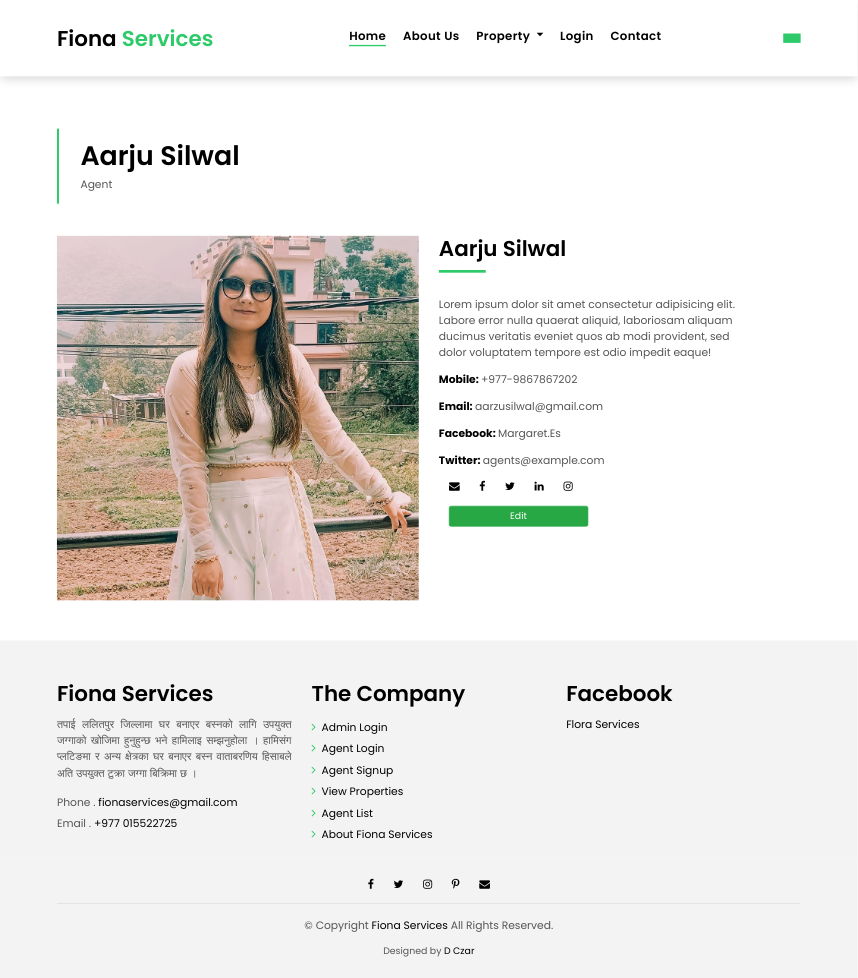
Repository: Sjuicyy/realstate
Page: profile.html
The author's editor kept a copy of each file at every save. The page is drawn from the files as they stood at one save, then again after the next save.
The browser window is 1280 px wide. The pictures show the whole page, at 67% of full size.

Above is the page before, as saved 2022-10-16 14:50:41.

After the next save:
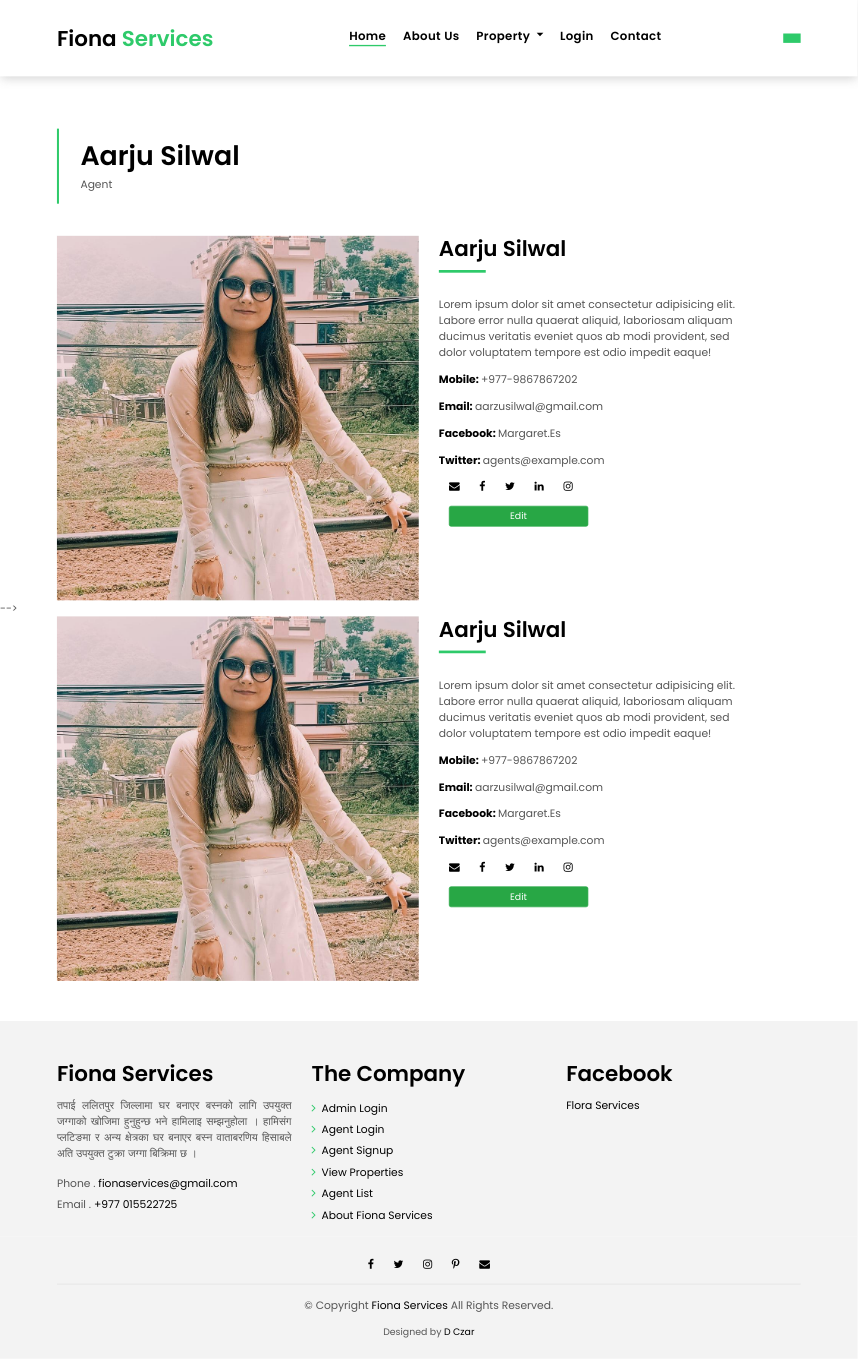
Saved 8 s later.
--- a/profile.html
+++ b/profile.html
@@ -100,7 +100,7 @@
     </section><!-- End Intro Single -->
 
     <!-- ======= Agent Single ======= -->
-    <!-- <section class="agent-single">
+    <!-- <!-- <section class="agent-single"> -->
         <div class="container">
             <div class="row">
                 <div class="col-sm-12">

After the save that followed:
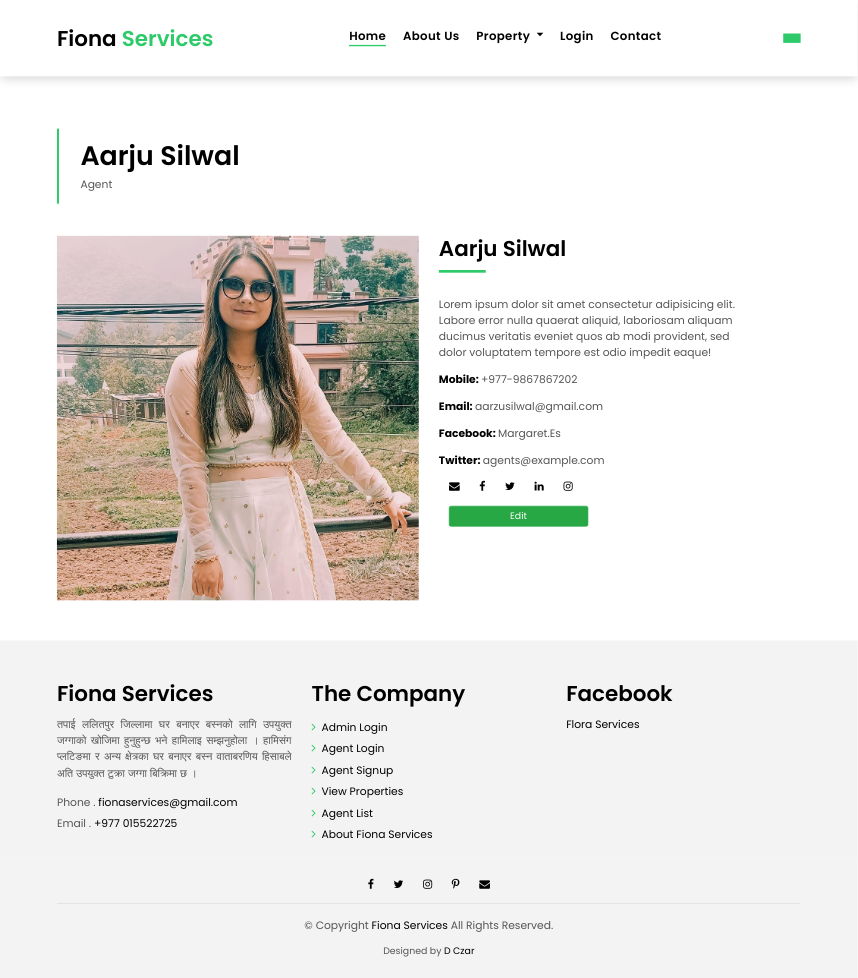
Saved 4 s later.
--- a/profile.html
+++ b/profile.html
@@ -100,7 +100,7 @@
     </section><!-- End Intro Single -->
 
     <!-- ======= Agent Single ======= -->
-    <!-- <!-- <section class="agent-single"> -->
+    <!-- <section class="agent-single">
         <div class="container">
             <div class="row">
                 <div class="col-sm-12">
